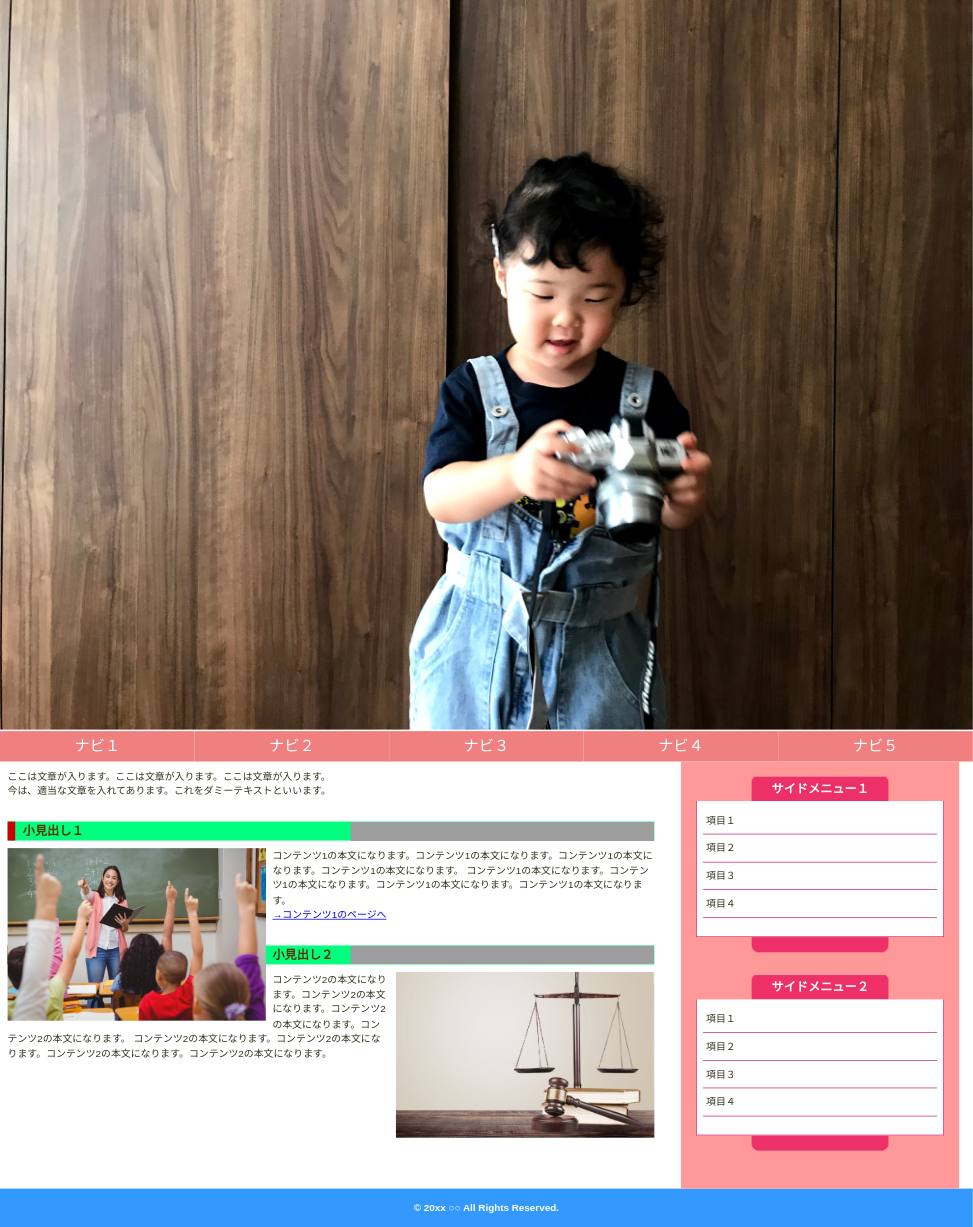
Repository: yutakakoyama/samurai_HTML-CSS
Page: home.html
The author's editor kept a record of every edit. The page is drawn from the files as they stood at one moment, then again after the next edit.
The browser window is 1280 px wide. The pictures show the whole page, at 76% of full size.
Pictures or frames that could not be fetched are drawn as grey boxes.

Above is the page before.

### home.html
<!DOCTYPE html>
<html lang="ja">
    <head>
        <meta charset="UTF-8">
        <title>HTML/CSSの学習</title>
        <link rel="stylesheet" href="stylesheet.css"/>
    </head>
    <body>
            <div id="header">
                <h1><a href="index.html"><img id="corridor" src="images/kohana.camera.jpg" alt="大学の廊下" /></a></h1>
            </div>
        <div id="wrapper">
            <div id="nav">
                <ul>
                    <li><a href="home.html">ナビ１</a></li>
                    <li><a href="#">ナビ２</a></li>
                    <li><a href="#">ナビ３</a></li>
                    <li><a href="#">ナビ４</a></li>
                    <li><a href="#">ナビ５</a></li>
                </ul>
            </div>
            <div id="container">
                <div id="main">
                    <div class="post">
                        <p>ここは文章が入ります。ここは文章が入ります。ここは文章が入ります。<br />今は、適当な文章を入れてあります。これをダミーテキストといいます。</p>
                    </div>
                    <div class="post clearfix">
                        <h2>小見出し１</h2>
                        <img class="left" src="images/classroom.jpg" alt="授業風景" />
                        <p>
                            コンテンツ1の本文になります。コンテンツ1の本文になります。コンテンツ1の本文になります。コンテンツ1の本文になります。
                            コンテンツ1の本文になります。コンテンツ1の本文になります。コンテンツ1の本文になります。コンテンツ1の本文になります。
                        </p>
                        <p><a href="#">→コンテンツ1のページへ</a></p>
                    </div>
                    <div class="post clearfix">
                        <h2>小見出し２</h2>
                        <img class="right" src="images/scale.jpg" alt="天秤" />
                        <p>
                            コンテンツ2の本文になります。コンテンツ2の本文になります。コンテンツ2の本文になります。コンテンツ2の本文になります。
                            コンテンツ2の本文になります。コンテンツ2の本文になります。コンテンツ2の本文になります。コンテンツ2の本文になります。
                        </p>
                    </div>
                </div>
                <div id="side">
                    <div class="box">
                        <h2>サイドメニュー１</h2>
                        <div class="boxBody">
                            <ul>
                                <li>項目１</li>
                                <li>項目２</li>
                                <li>項目３</li>
                                <li>項目４</li>
                            </ul>
                        </div>
                    </div>
                    <div class="box">
                        <h2>サイドメニュー２</h2>
                        <div class="boxBody">
                            <ul>
                                <li>項目１</li>
                                <li>項目２</li>
                                <li>項目３</li>
                                <li>項目４</li>
                            </ul>
                        </div>
                    </div>
                 </div>
            </div>
         </div>
            <div id="footer">
                <p>&copy; 20xx ○○ All Rights Reserved.</p>
            </div>
    </body>
</html>

### stylesheet.css
@charset "utf-8";

body {
	margin: 0;
	padding: 0;
	font-family: "YuMincho", "Hiragino Kaku Gothic Pro", "メイリオ", Meiryo, Osaka, "ＭＳ Ｐゴシック", "MS PGothic", sans-serif;
	color: #332;
	font-size: 13px;
	line-height: 150%;
}

/* -------------------- wrapper -------------------- */
#wrapper {
    width: 100%;
    margin: auto;
    padding: 0px;
    border: 0px;
    background-color: #FFF;
    top: 10px;
}

 /* -------------------- header -------------------- */
 #header {
 	width: 100%;
 }
 #header h1 {
 	 margin: 0;
	 padding: 0;
 }

 #corridor {
	 width: 100%;
	 height: auto;
 }

 /* -------------------- footer -------------------- */
 #footer {
     clear: both;
     width: 100%;
     padding: 3px 0 3px 0;
     background: #39F;
     color: #FFF;
     font-weight: bold;
     text-align: center;
 }

 /* -------------------- nav -------------------- */
 #nav {
     width: 100%;

 }
 #nav ul {
     display: flex;
     margin: 0;
     padding: 0;
     list-style-type: none;
 }
 #nav ul li {
     width: 20%;
     text-align: center;
 }
 #nav ul li a {
     display: block;
     height: 20px;
     margin: 0;
     padding: 10px;
     color: #FFF;
     font-size: 20px;
     text-decoration: none;
     background-color: #f08080;
 }
 #nav ul li a:hover {
     filter: drop-shadow(10px 10px 10px black);
 }

 /* -------------------- container -------------------- */
 #container {
     width: 100%;
     margin: auto;
     padding: auto;
     clear: both;
     display: grid;
     grid-template-columns: 70vw 30vw;
 }

 /* -------------------- main -------------------- */
 #main {
     width: 95%;
     padding: 10px 30px 10px 10px;
 }
 #main h2 {
     margin: 0 0 10px 0;
     padding: 3px 10px 3px 10px;
     color: #663300;
     font-size: 16px;
     border-left: solid 10px #C00;
     background: #00ff7f url(../images/main_h2.jpg) right top repeat-y;
 }
 #main p {
     margin: 0;
     padding: 0;
 }
 #main .post {
     margin: 0 0 30px 0;
 }
 #main .post img.right {
     margin: 0 0 0 8px;
 }
 #main .post img.left {
     margin: 0 8px 0 0;
 }

 .right {
     float: right;
     width: 40%;
     height: auto;
 }
 .left {
     float: left;
     width: 40%;
     height: auto;
 }

 /* -------------------- clearfix -------------------- */
 .clearfix {
     zoom: 1;
 }
 .clearfix:after{
     container: "";
     display: block;
     clear: both;
 }

 /* -------------------- side -------------------- */
 #side {
     width: 85%;
     padding: 20px;
     background-color: #F99;
 }
 #side .box {
     margin: 0 auto 30px auto;
     padding: 0 0 20px 0;
     background: url(images/side_box.png) bottom no-repeat;
 }
 #side .box h2 {
     margin: 0;
     padding: 8px;
     text-align: center;
     color: #fff;
     font-size: 16px;
     line-height: 16px;
     font-weight: nomal;
     background: url(images/side_box_h2.png) center no-repeat;
 }
 #side .box .boxBody {
     padding: 8px;
     border-right: solid 1px #C36;
     border-bottom: solid 1px #C36;
     border-left: solid 1px #C36;
     background: #fff;
 }
 #side .box .boxBody ul {
     margin: 0 0 16px 0;
     padding: 0;
 }
 #side .box .boxBody ul li {
     padding: 8px 0 8px 4px;
     list-style: none;
     border-bottom: solid 1px #C36;
 }
 #side .box .boxBody ul li:hover {
     padding: 8px 0 8px 4px;
     list-style: none;
     border-bottom: solid 1px #C36;
     box-shadow: 0px 4px 4px rgba(0, 0, 0, 0.3);
 }

After the next edit:
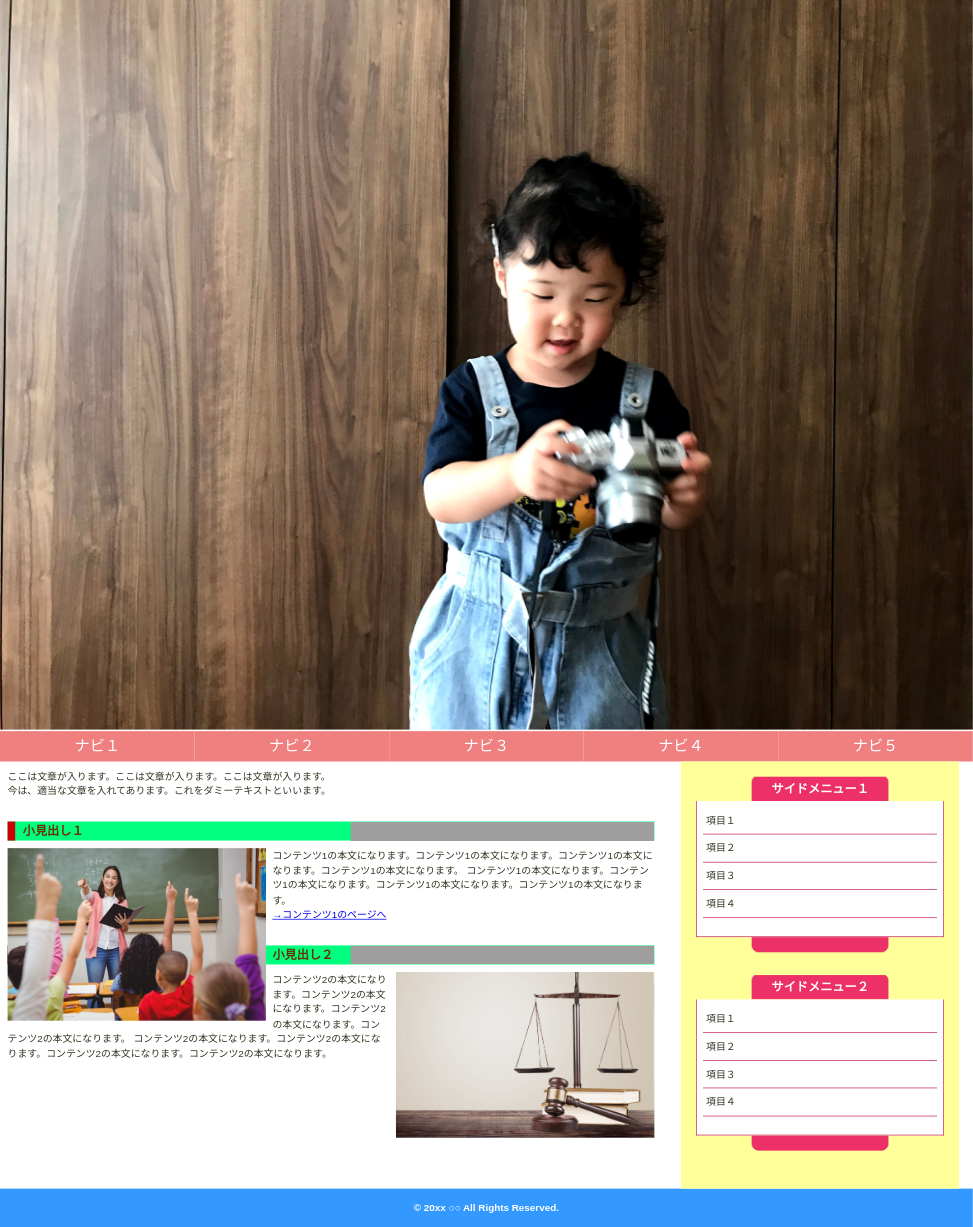
The edit:
--- a/stylesheet.css
+++ b/stylesheet.css
@@ -135,7 +135,7 @@
  #side {
      width: 85%;
      padding: 20px;
-     background-color: #F99;
+     background-color: #ffff99;
  }
  #side .box {
      margin: 0 auto 30px auto;
